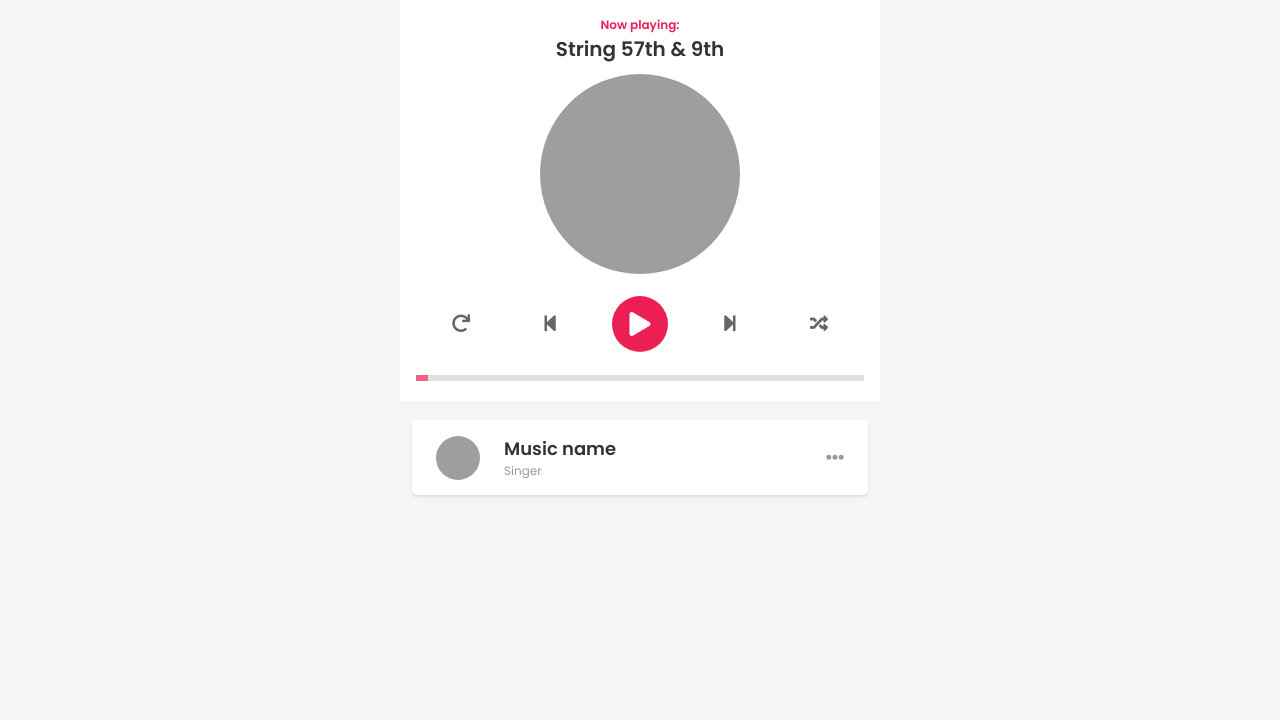
Repository: Tbs-Giang-Luong/app_music_ver1
Page: index.html
These files come from the project's save history. The page is drawn as it stood at one moment and after the next save; the edit follows.
The browser window is 1280 px wide. The pictures show the whole page.
Pictures or frames that could not be fetched are drawn as grey boxes.

Above is the page before, as saved 2022-10-20 00:09:02.
Console error: TypeError: Cannot set properties of null (setting 'innerHTML')

After the next save:
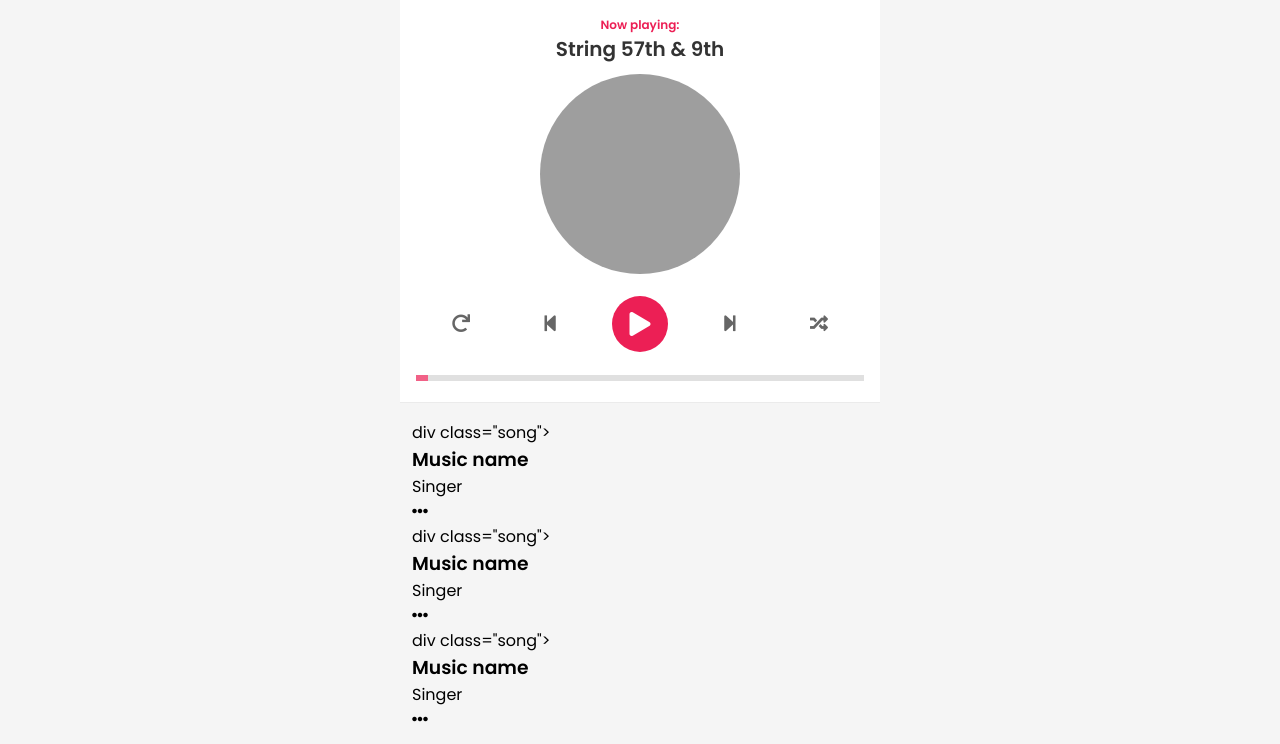
The error is gone.
Saved 2 min 26 s later.
--- a/index.html
+++ b/index.html
@@ -5,7 +5,7 @@
     <meta http-equiv="X-UA-Compatible" content="IE=edge" />
     <meta name="viewport" content="width=device-width, initial-scale=1.0" />
     <link rel="stylesheet" href="./asset/css/main.css" />
-    <script src="main.js"></script>
+
     <title>Document</title>
   </head>
   <body>
@@ -86,11 +86,12 @@
           </div>
           <div class="option">
             <i class="fas fa-ellipsis-h"></i>
-          </div>
+        </div>
 
       </div>
     </div>
 
     <!-- Design from: https://static.collectui.com/shots/3671744/musicloud-revolutionary-app-for-music-streaming-large -->
+    <script src="main.js"></script>
   </body>
 </html>
